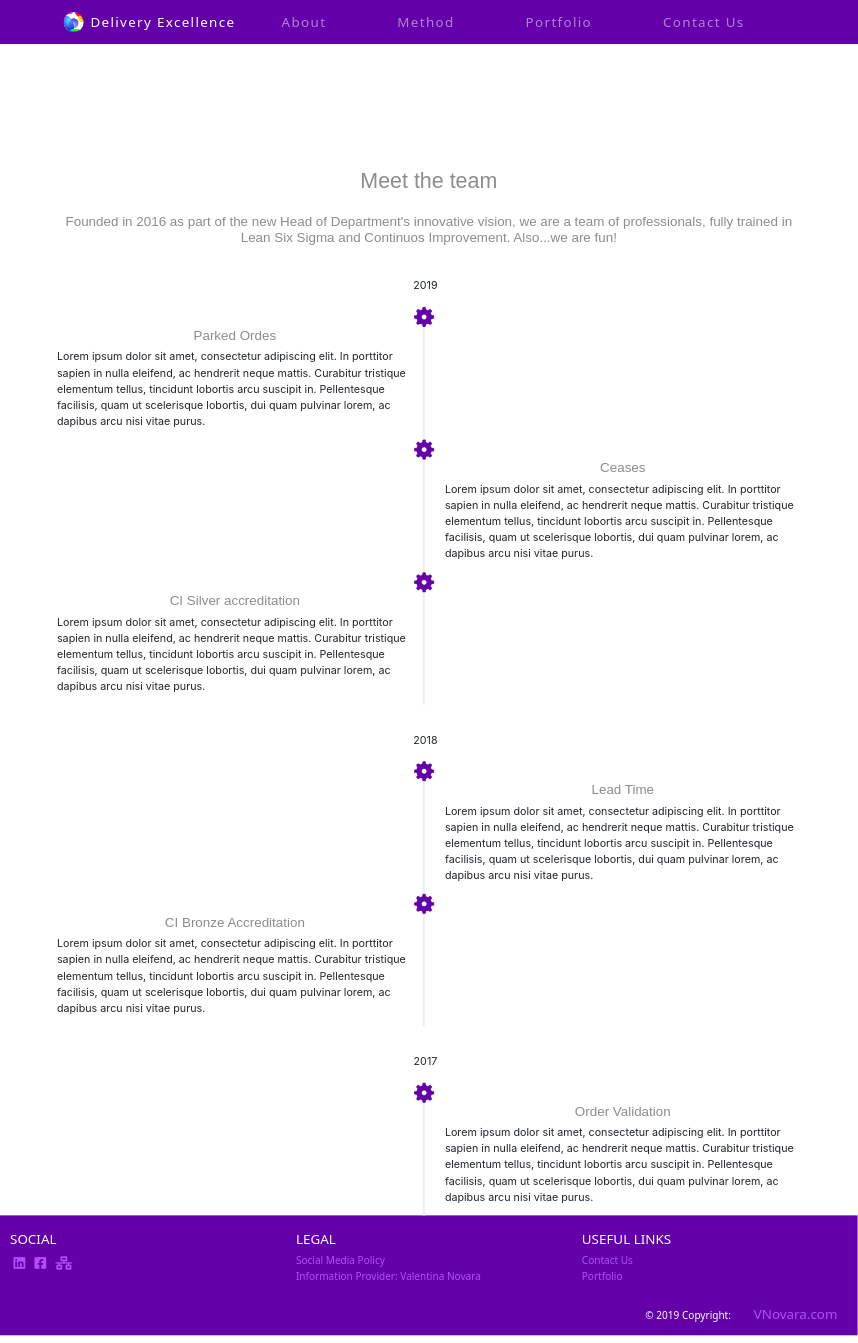
Repository: valenovi76/DeliveryExcellence
Page: portfolio.html
The author's editor kept a record of every edit. The page is drawn from the files as they stood at one moment, then again after the next edit.
The browser window is 1280 px wide. The pictures show the whole page, at 67% of full size.
Some web libraries are served in a nearby version.

Above is the page before.
Console error (its wording comes from the project's code and is left out).

### portfolio.html
<!DOCTYPE html>
<html lang="en">
<head>
    <meta charset="UTF-8">
    <meta name="viewport" content="width=device-width, initial-scale=1.0">
    <meta http-equiv="X-UA-Compatible" content="ie=edge">
    <link rel="stylesheet" href="https://stackpath.bootstrapcdn.com/bootstrap/4.3.1/css/bootstrap.min.css" integrity="sha384-ggOyR0iXCbMQv3Xipma34MD+dH/1fQ784/j6cY/iJTQUOhcWr7x9JvoRxT2MZw1T" crossorigin="anonymous">
    <link rel="stylesheet" href="https://use.fontawesome.com/releases/v5.9.0/css/all.css">
    <link rel="stylesheet" href="https://cdnjs.cloudflare.com/ajax/libs/hover.css/2.3.1/css/hover-min.css" type="text/css" />
    <link rel="stylesheet" href="./assets/style.css" type="text/css" />
    <title>Delivery Excellence Home</title>
</head>
<body>

<!-- Bootstrap navbar -->
                <nav class="navbar fixed-top navbar-expand-lg navbar-dark" style="background-color: #6400AA;">
                    <div class="container">
                  <img class="logo"src="./assets/BTlogo.jpg" width="30" height="30" alt="Bt Logo">
                  <a class="navbar-brand" href="index.html">Delivery Excellence</a>

                  <button class="navbar-toggler" type="button" data-toggle="collapse" data-target="#navbarSupportedContent" aria-controls="navbarSupportedContent" aria-expanded="false" aria-label="Toggle navigation">
                    <span class="navbar-toggler-icon"></span>
                  </button>
                  <div class="collapse navbar-collapse" id="navbarSupportedContent">
                    <ul class="navbar-nav mr-auto">

                          <li class="nav-item">
                                <a class="nav-link" href="team.html">About</a>
                          </li>
                          <li class="nav-item">
                                <a class="nav-link" href="method.html">Method</a>
                          </li>
                           <li class="nav-item">
                                <a class="nav-link" href="portfolio.html">Portfolio</a>
                          </li>
                          <li class="nav-item">
                                <a class="nav-link" href="contact.html">Contact Us</a>
                          </li>
                    </ul>
                      </div>
                      </div>
                </nav>


    <div class="container main-content">
      <div class="row">
                <div class="col-sm-12">
                    <h2>Meet the team</h2>
                    <h4>Founded in 2016 as part of the new Head of Department's innovative vision, we are a team of professionals, fully trained in Lean Six Sigma and Continuos Improvement. Also...we are fun!</h4>
                </div>
            </div>

                <div class="row year">
                <div class="col year-2019"> 2019</div>
                </div>

                <div class="row parked-orders">

                    <div class="col-sm portfolio-item left-text parked-orders">
                        <h4>Parked Ordes</h4>
                        <p>Lorem ipsum dolor sit amet, consectetur adipiscing elit.
                        In porttitor sapien in nulla eleifend, ac hendrerit neque mattis.
                        Curabitur tristique elementum tellus, tincidunt lobortis arcu suscipit in.
                        Pellentesque facilisis, quam ut scelerisque lobortis,
                        dui quam pulvinar lorem, ac dapibus arcu nisi vitae purus. </p>

                    </div>

                    <div class="col-sm portfolio-item right-text parked-orders">


                    </div>
                </div>
                <div class="row ceases">
                    <div class="col-sm portfolio-item left-text ceases">


                    </div>

                    <div class="col-sm portfolio-item right-text ceases">
                        <h4>Ceases</h4>
                        <p>Lorem ipsum dolor sit amet, consectetur adipiscing elit.
                        In porttitor sapien in nulla eleifend, ac hendrerit neque mattis.
                        Curabitur tristique elementum tellus, tincidunt lobortis arcu suscipit in.
                        Pellentesque facilisis, quam ut scelerisque lobortis,
                        dui quam pulvinar lorem, ac dapibus arcu nisi vitae purus. </p>

                    </div>
                </div>
                <div class="row ci-silver">
                    <div class="col-sm portfolio-item left-text ci-silver">
                       <h4>CI Silver accreditation</h4>
                        <p>Lorem ipsum dolor sit amet, consectetur adipiscing elit.
                        In porttitor sapien in nulla eleifend, ac hendrerit neque mattis.
                        Curabitur tristique elementum tellus, tincidunt lobortis arcu suscipit in.
                        Pellentesque facilisis, quam ut scelerisque lobortis,
                        dui quam pulvinar lorem, ac dapibus arcu nisi vitae purus. </p>
                    </div>

                    <div class="col-sm portfolio-item right-text ci-silver">


                    </div>
                </div>
                <div class="row year">
                <div class="col year-2019"> 2018</div>
                </div>
                <div class="row lead-time">
                    <div class="col-sm portfolio-item left-text lead-time">


                    </div>
                    <div class="col-sm portfolio-item right-text lead-time">
                     <h4>Lead Time</h4>
                        <p>Lorem ipsum dolor sit amet, consectetur adipiscing elit.
                        In porttitor sapien in nulla eleifend, ac hendrerit neque mattis.
                        Curabitur tristique elementum tellus, tincidunt lobortis arcu suscipit in.
                        Pellentesque facilisis, quam ut scelerisque lobortis,
                        dui quam pulvinar lorem, ac dapibus arcu nisi vitae purus. </p>
                    </div>
                </div>
                <div class="row ci-bronze">
                    <div class="col-sm portfolio-item left-text ci-bronze">
                       <h4>CI Bronze Accreditation</h4>
                        <p>Lorem ipsum dolor sit amet, consectetur adipiscing elit.
                        In porttitor sapien in nulla eleifend, ac hendrerit neque mattis.
                        Curabitur tristique elementum tellus, tincidunt lobortis arcu suscipit in.
                        Pellentesque facilisis, quam ut scelerisque lobortis,
                        dui quam pulvinar lorem, ac dapibus arcu nisi vitae purus. </p>
                    </div>
                    <div class="col-sm portfolio-item right-text ci-bronze">


                    </div>
                </div>
                 <div class="row year">
                <div class="col year-2019"> 2017</div>
                </div>
                <div class="row order-validation">
                    <div class="col-sm portfolio-item left-text order-validation">



                    </div>
                    <div class="col-sm portfolio-item right-text order-validation">
                     <h4>Order Validation</h4>
                        <p>Lorem ipsum dolor sit amet, consectetur adipiscing elit.
                        In porttitor sapien in nulla eleifend, ac hendrerit neque mattis.
                        Curabitur tristique elementum tellus, tincidunt lobortis arcu suscipit in.
                        Pellentesque facilisis, quam ut scelerisque lobortis,
                        dui quam pulvinar lorem, ac dapibus arcu nisi vitae purus. </p>
                    </div>
                </div>


</div>
      <!-- Bootstrap Footer -->
      <footer class="page-footer font-small  pt-4">
         <div class="container-fluid text-center text-md-left">
            <div class="row">
               <div class="col-sm">
                  <h5 class="text-uppercase">Social</h5>
                  <ul class="list-unstyled">
                  <li class="unstyled-icons">
                     <a class="social-icon" href="https://www.linkedin.com/company/bt" title="LinkedIn"><i class="fab fa-linkedin"></i></a>
                  </li>
                  <li class="unstyled-icons">
                     <a class="social-icon" href="https://www.facebook.com/BTUK/"  title="FaceBook"><i class="fab fa-facebook-square"></i></a>
                  </li>
                  <li class="unstyled-icons">
                     <a class="social-icon" href="https://intra.bt.com/" title="BT Intranet"><i class="fas fa-network-wired"></i></a>
                  </li>
                  </ul>
               </div>
               <div class="col-sm">
                  <h5 class="text-uppercase">Legal</h5>
                  <ul class="list-unstyled">
                     <li>
                        <a   href="https://intra.bt.com/bt/group/socialmedia/Pages/Social-media-guidelines.aspx">Social Media Policy</a>
                     </li>
                     <li>
                        <a  href="https://myprofile.bt.com/person.aspx">Information Provider: Valentina Novara</a>
                     </li>
                  </ul>
               </div>
               <div class="col-sm">
                  <h5 class="text-uppercase">Useful Links</h5>
                  <ul class="list-unstyled">
                     <li>
                        <a   href="contact.html">Contact Us</a>
                     </li>
                     <li>
                        <a   href="portfolio.html">Portfolio</a>
                  </ul>
               </div>
            </div>
         </div>
            <div class="footer-copyright text-right py-3">© 2019 Copyright:
            <a href="https://mdbootstrap.com/education/bootstrap/"> VNovara.com</a>
         </div>
      </footer>
<!-- Bootstrap core JavaScript
    ================================================== -->
    <!-- Placed at the end of the document so the pages load faster -->
    <script src="https://code.jquery.com/jquery-3.2.1.slim.min.js" integrity="sha384-KJ3o2DKtIkvYIK3UENzmM7KCkRr/rE9/Qpg6aAZGJwFDMVNA/GpGFF93hXpG5KkN" crossorigin="anonymous"></script>
    <script>window.jQuery || document.write('<script src="../../assets/js/vendor/jquery-slim.min.js"><\/script>')</script>
<script src="https://getbootstrap.com/docs/4.0/dist/js/bootstrap.min.js" $('.collapse').collapse()></script>

</body>
</html>

### assets/style.css
/*--------------------------ColorPalette------------------*/


/*background : #C30D4C fucsia
background : #6400AA purple
background : #E60050 #E60050
background-color : #6400AA
color : #FFFFFF*?

/*----------------------------Header/Navbar-----------------------*/

.navbar {
  letter-spacing: 2px;
  font-family: "Noto sans", sans-serif;
  font-weight: lighter;
  font-size: 15px;
  color: #fafafa;
  text-align: center;
}

.nav-link {
  font-family: "Noto Sans", sans-serif;
  font-weight: 100;
  font-size: 20px;
  color: white;
  text-align: left;
}

.nav-link:hover {
  color: white;
  text-decoration: none;
}

.logo {
  border-radius: 50%;
  margin: 10px;
}

@media (min-width: 992px) {
  .navbar li {
    margin-left: 3em;
    margin-right: 3em;
  }
}


/*----------------------------Footer-----------------------*/

.page-footer {
  font-family: "Noto sans", sans-serif;
  font-weight: 100;
  font-size: 15px;
  color: #ffffff;
  background-color: #6400AA;
}

.social-icon {
  color: #B54DFF;
  font-size: 20px;
  padding: 5px;
}

.unstyled-icons {
  display: inline-block;
}

.page-footer a {
  color: #B54DFF;
}

.page-footer a:hover {
  text-decoration: none;
  color: #ffffff;
}

.footer-copyright a {
  font-family: "Noto sans", sans-serif;
  font-weight: 100;
  font-size: 20px;
  color: #B54DFF;
  padding: 30px;
}


/*----------------------------Text styles-----------------------*/
h1 {
    font-family: "Noto Sans", sans-serif;
    font-weight: 200;
    font-size: 50px;
    color: white;
    text-transform: uppercase;
}

.bckgrnd h1{
  margin-top:150px;
}
h2 {
  font-family: "Nato sans", sans-serif;
  font-weight: lighter;
  color:#8C8C8C;
  margin-top: 150px;
  text-align:center;
}

h3 {
  font-family: "Nato sans", sans-serif;
  font-weight: lighter;
  color:  #38403B;
  margin-top: 10px;
  text-align:center;
}

h4 {
  font-family: "Nato sans", sans-serif;
  font-size: 20px;
  color: #8C8C8C;
  margin-top: 30px;
  text-align: center;

}

h6 {
  font-family: "Nato sans", sans-serif;
  margin-top: 40px;
  text-align:center;
  font-weight: 600;
  color:  #38403B;
}


/*----------------------------Home Page-----------------------*/


.bckgrnd {
  height:100%;
  background-image: url("../assets/bulbupside.jpg");
  background-repeat: no-repeat;
  background-size: cover;
  background-position: center center;
  min-height: 650px;
}

.home {

  margin:0;
  padding:0;
  position:relative;
  height:90vh;
}


.home-p{
  font-family: "Noto sans", sans-serif;
  font-weight: 100;
  color: white;
  margin-bottom:0px;
  padding-left:100px;
}

.home-p2{
  font-family: "Noto sans", sans-serif;
  font-weight: 100;
  color: white;
  margin-bottom:0px;
  padding-bottom:100px;
  padding-left:100px;
}

/*---------------------------Contact page ----------------------*/

.main-content{
  /*background-image: url("");*/
  padding-top: 100px;
}


.contact i {
  text-align: left;
  display: inline-block;
  width: 100%;
  font-size: 3rem;
  margin-top: 50px;
  color: #EEEEEE;
}

.ph-num {
  font-family: "Noto-sans", sans-serif;
  font-size: 20px;
  font-weight: lighter;
  color: #333333;
}

.ph-num hover {
  color: #C30D4C;
  text-decoration: none;
}

address {
  font-family: "Noto-sans", sans-serif;
  font-size: 20px;
  font-weight: lighter;
  color: #333333;
}


/*---------------------------Contact form-----------------------*/

.cont-form {
  flex-grow: 0;
  width: 400px;
  padding-top: 20px;
  padding-left:5px;
  padding-right:5px;
}

.cont-form input {
  font-family: "Fajalla Ona", sans-serif;
  text-transform: uppercase;
  text-align: left;
  width: 350px;
  padding: 6px;
  height: 30px;
  color: green;
  margin-bottom: 5px;
}

#message-area {
  height: 100px;
}

.btn {
  margin-top: 20px;
  background-color: #666666;
}

input:hover {
  background: #EEEEEE;
  color: #333333;
}

.gmap {
  margin-top: 20px;
}


/*----------------------------The team-----------------------*/

.team-page {
  text-align: center;
}

.team-member-shot {
  height: 146px;
  width: 146px;
  margin-top: 40px;
  border-radius: 50%;
  margin-left: auto;
  margin-right: auto;
  display: block;
}

#shot{
  position:absolute;
  width:100%;
  height:100%;
  margin:0px;
}
.team-member-name {
  text-align: center;
  display: block;
  width: 100%;
  padding-bottom: 30px;

}

.team-p {
  text-align: center;
  color:black;
  font-weight: 300;
  font-family: "Roboto", sans-serif;
  margin-left: 10px;
  margin-right:10px;
}

.bio {
  height: 300px;
}

.pie-title {
  display: block;
  text-align: center;
}


/*-------------------------------Method---------------------*/

.define-text {
  border: 1px solid;
  border-color: #DDDDDD;
  border-top: none;
  border-right: none;
}

.meausure-img {
  border: 1px solid;
  border-color: #DDDDDD;
  border-top: none;
  border-left: none;
}

.analyse-text {
  border: 1px solid;
  border-color: #DDDDDD;
  border-top: none;
  border-right: none;
}

.improve-img {
  border: 1px solid;
  border-color: #DDDDDD;
  border-top: none;
  border-left: none;
}

.control-text {
  border: 1px solid;
  border-color: #DDDDDD;
  border-top: none;
  border-right: none;
}

.method-item-number {
  font-size: 5.584rem;
  color: #e1e1e1;
  left: 0;
  top: 0;
  -webkit-transform: translate(-127%, -21%);
  -ms-transform: translate(-127%, -21%);
  transform: translate(-127%, -21%);
  font-family: Noto Sans, -apple-system, BlinkMacSystemFont, "Segoe UI", Roboto, "Helvetica Neue", Arial, sans-serif, "Apple Color Emoji", "Segoe UI Emoji", "Segoe UI Symbol";
  font-weight: 800;
  background-color: #fff;
}

.method-img {
  display: block;
  margin: 30px auto 20px auto;
  width: 35%;
}


/*-------------------------Portfolio---------------------------*/

.portfolio-bckgrnd {
  margin-top: 60px;
}

.left-text {
  border: 3px solid;
  border-color: #EEEEEE;
  border-left: none;
  border-top: none;
  border-bottom: none;
}

.left-text:before {
  content: "";
  width: 30px;
  height: 30px;
  background-image: url("../assets/purplegear.png");
  background-size: contain;
  background-color: white;
  position: absolute;
  right: -17px;
  top: 0;
}

.right-text{
  padding-left:30px;
}
.year {
    text-align: center;
    padding-right: 10px;
    margin-top: 40px;
    margin-bottom: 20px;
}

@media (max-width:577px) {
  .left-text {
  border: none;}
  .left-text:before {
    content: "";
    width: 30px;
    height: 30px;
    background-image: url(../assets/purplegear.png);
    background-size: contain;
    background-color: white;
    position: absolute;
    right: 400px;
    top: 0;}
}

After the next edit:
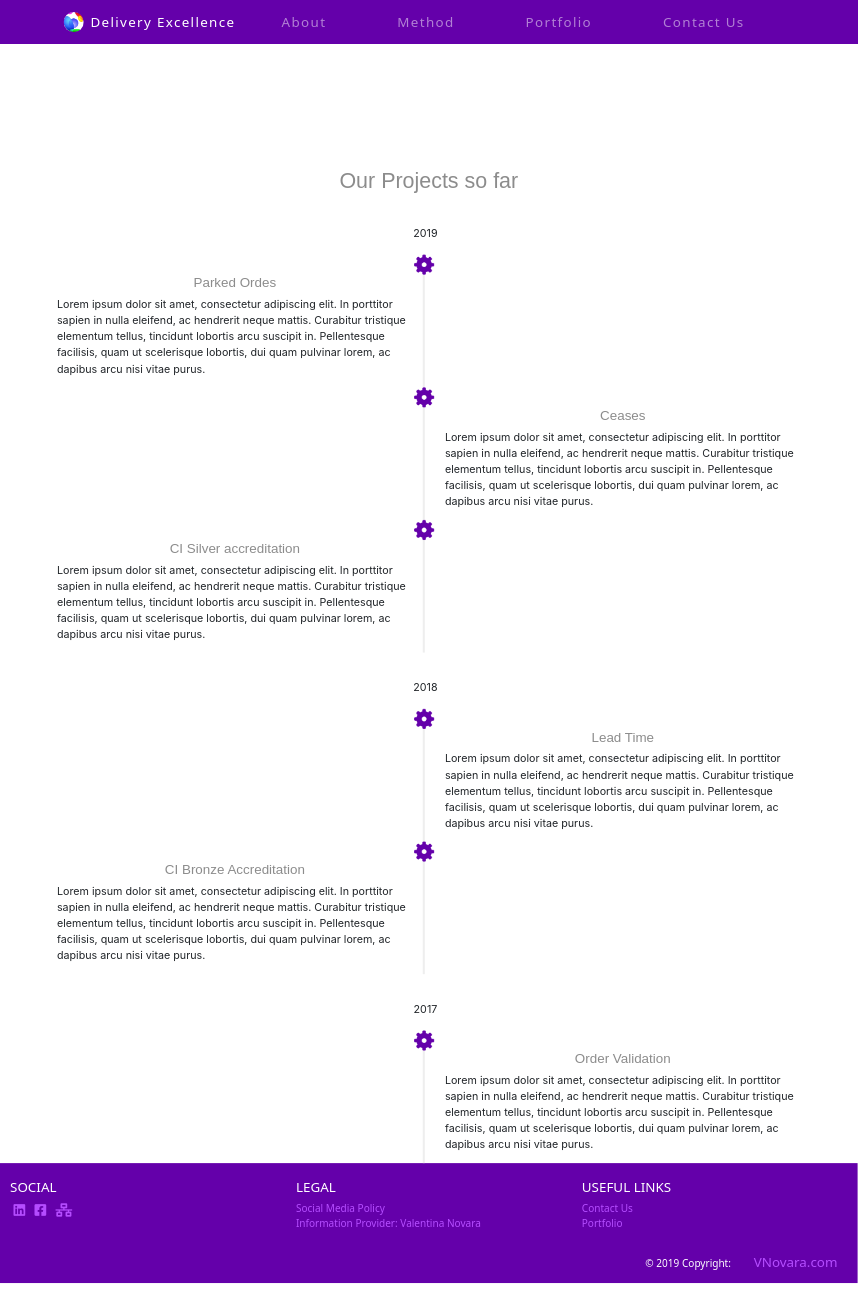
The edit:
--- a/portfolio.html
+++ b/portfolio.html
@@ -45,8 +45,8 @@
     <div class="container main-content">
       <div class="row">
                 <div class="col-sm-12">
-                    <h2>Meet the team</h2>
-                    <h4>Founded in 2016 as part of the new Head of Department's innovative vision, we are a team of professionals, fully trained in Lean Six Sigma and Continuos Improvement. Also...we are fun!</h4>
+                    <h2>Our Projects so far</h2>
+
                 </div>
             </div>
 
